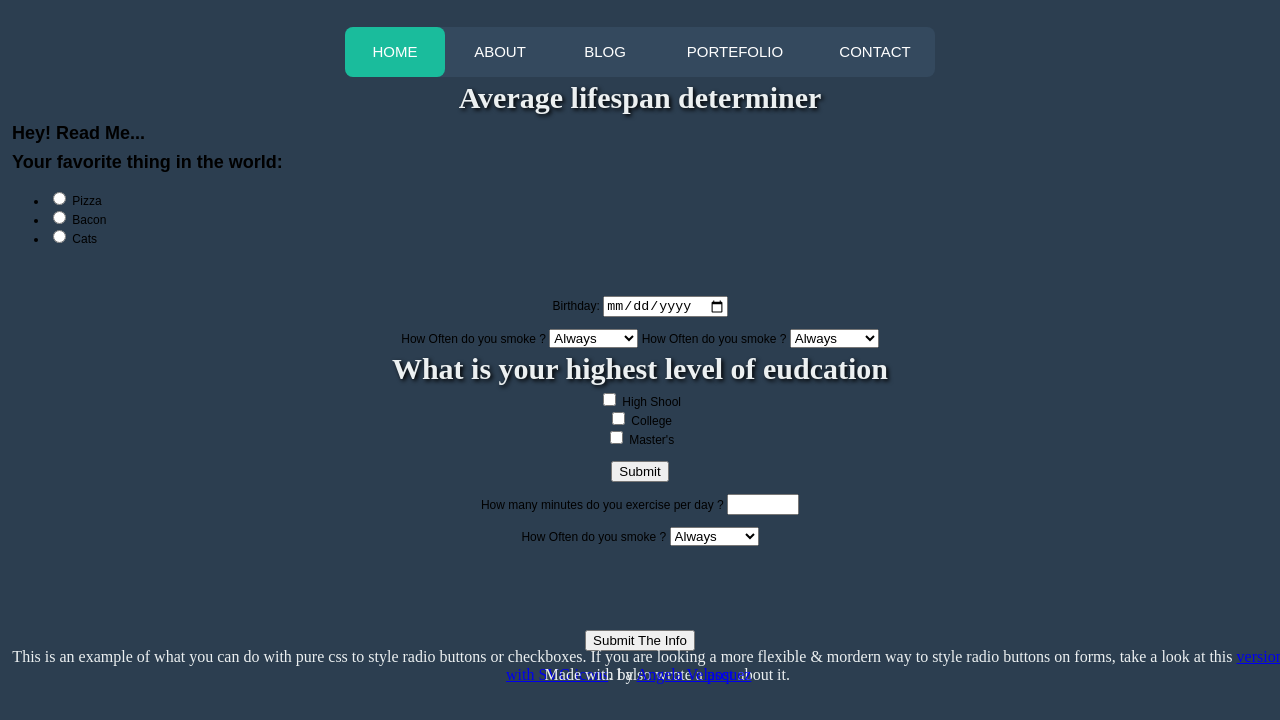
Repository: navid-amini12/capstone-1
Page: wordgame.html
These files come from the project's save history. The page is drawn as it stood at one moment and after the next save; the edit follows.
The browser window is 1280 px wide. The pictures show the whole page.

Above is the page before, as saved 2022-06-01 11:27:51.

After the next save:
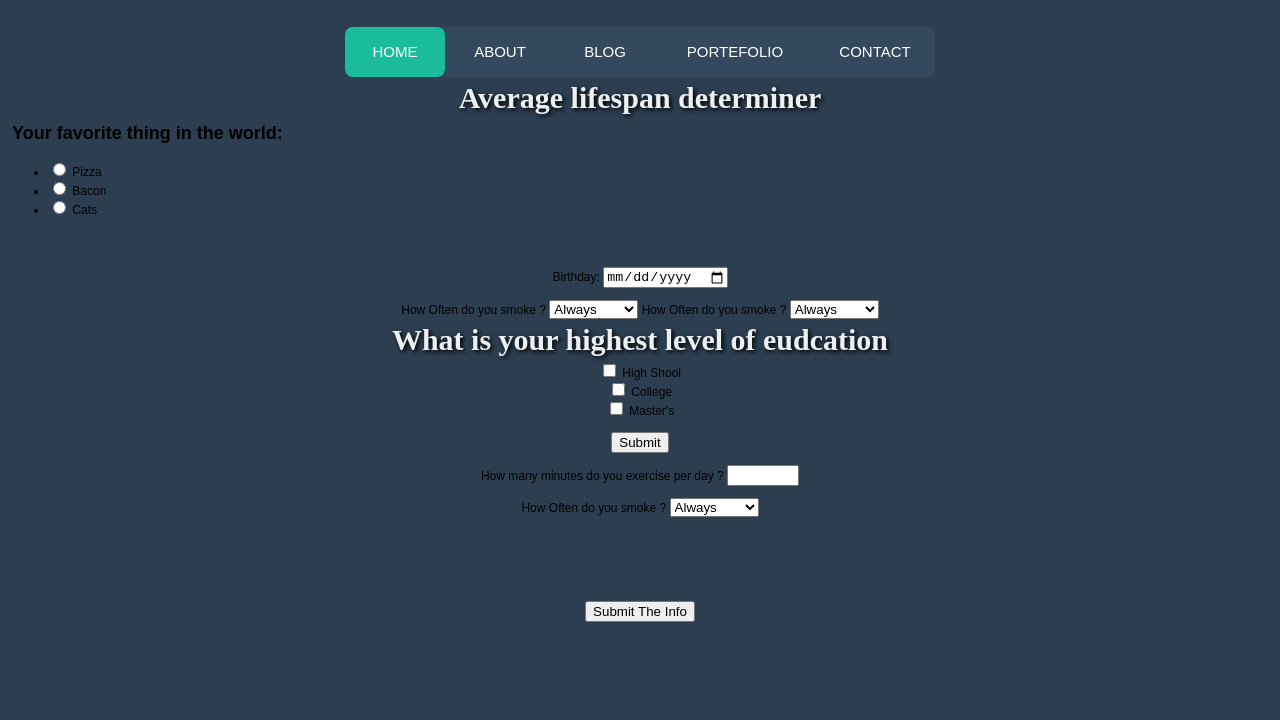
Saved 47 s later.
--- a/wordgame.html
+++ b/wordgame.html
@@ -32,8 +32,6 @@
 
 
     <div class="alert">
-      <h2>Hey! Read Me...</h2>
-      <p>This is an example of what you can do with pure css to style radio buttons or checkboxes. If you are looking a more flexible & mordern way to style radio buttons on forms, take a look at this <a target="_blank"  href="https://codepen.io/AngelaVelasquez/details/BWXbxP" title="SVG radio buttons">version with SVG icons</a>. I also wrote a <a target="_blank" href="https://codepen.io/AngelaVelasquez/post/css-styling-radio-button">post</a> about it.</p>
     </div>
 
     <div class="container">
@@ -65,7 +63,6 @@
     </div>
 
     <div class="signature">
-      <p>Made with <i class="much-heart"></i> by <a href="https://codepen.io/AngelaVelasquez">Angela Velasquez</a></p>
     </div>
 
 
